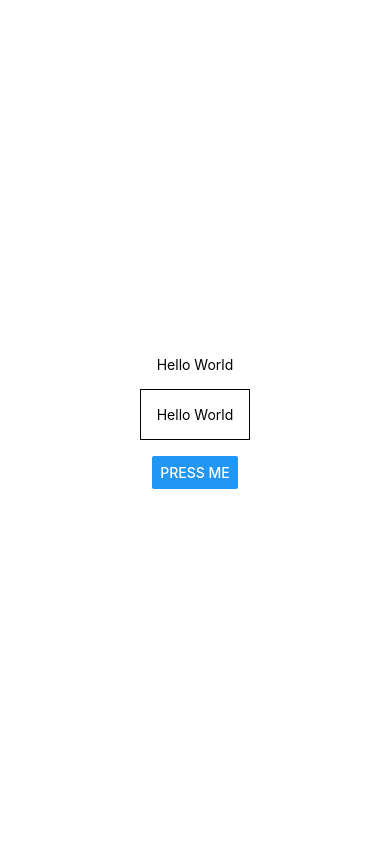
Repository: thezaidbintariq/RNCourse
Screen: /
These files come from the project's save history. The screen is drawn as it stood at one moment and after a run of saves; the edit follows.
The app was drawn by React Native's web renderer in a window 390 px wide. The project was rebuilt for these pictures with package versions that can differ from the ones it lists, and the page was loaded fresh each time.

Above is the screen before, as saved 2022-08-07 16:06:49.

After the next 7 saves:
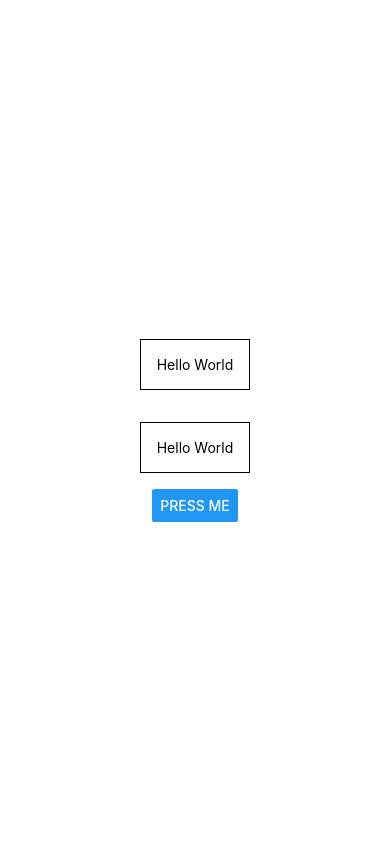
The 7 saves are shown as one change because 1 did not build or start and some came seconds apart.
The last was saved 26 s later.
--- a/App.js
+++ b/App.js
@@ -4,7 +4,7 @@ export default function App() {
   return (
     <View style={styles.container}>
       <View>
-        <Text>Hello World</Text>
+        <Text style={styles.dummyText}>Hello World</Text>
       </View>
 
         <Text style={styles.dummyText}>
